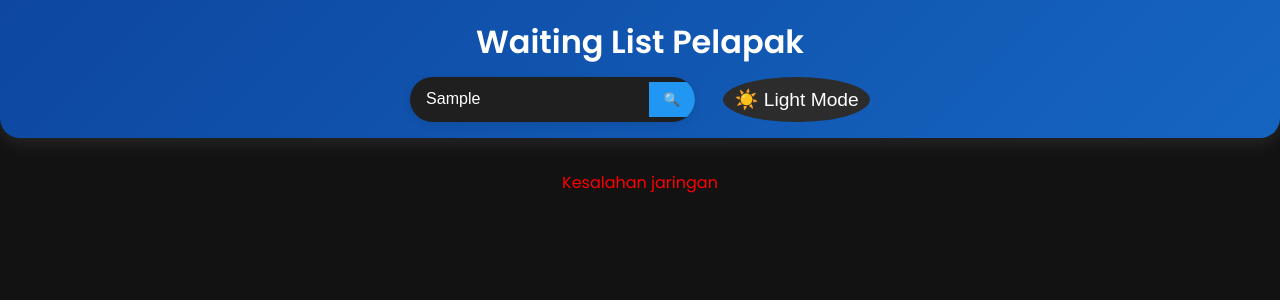
Repository: pasarrakyatbak/WaitingListforPanitia
Page: index.html
An editor plug-in stored every save of this project. The page is shown before and after the next save, followed by the edit.
The browser window is 1280 px wide. The pictures show the whole page.
Empty fields were first filled with sample values (such as "Sample", 5 or name@example.com).
After loading, the first visible `#darkSwitch` was clicked once.
The page's requests for data from a server got no answer.

Above is the page before, as saved 2025-09-25 16:43:27.

After the next save:
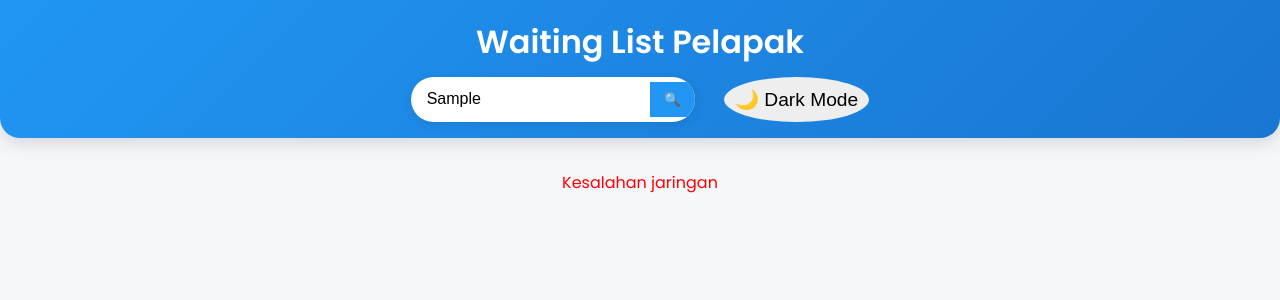
Saved 11 s later.
--- a/script.js
+++ b/script.js
@@ -240,6 +240,13 @@
     localStorage.setItem("darkMode", isDark);
     darkSwitch.textContent = isDark ? "☀️ Light Mode" : "🌙 Dark Mode";
 });
+// Dark mode
+if (localStorage.getItem("darkMode") === "true") document.body.classList.add("dark");
+darkSwitch.addEventListener("click", () => {
+    const isDark = document.body.classList.toggle("dark");
+    localStorage.setItem("darkMode", isDark);
+    darkSwitch.textContent = isDark ? "☀️ Light Mode" : "🌙 Dark Mode";
+});
 
 // Load awal
 window.addEventListener("DOMContentLoaded", () => loadData());

After the save that followed:
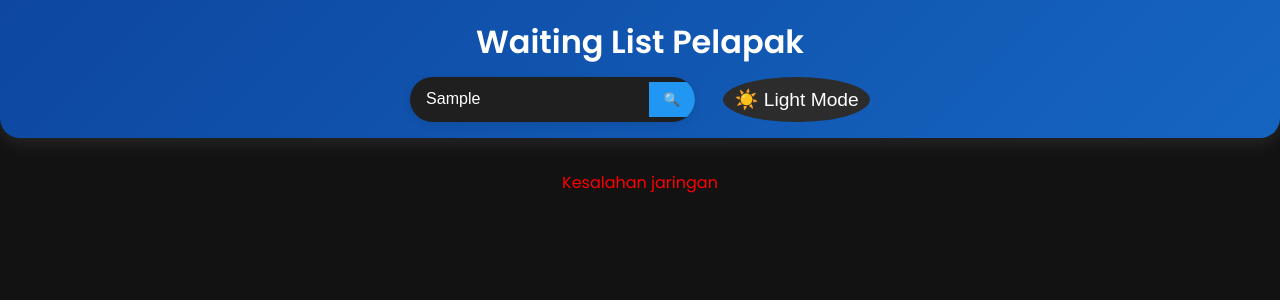
Saved 9 s later.
--- a/script.js
+++ b/script.js
@@ -240,13 +240,6 @@
     localStorage.setItem("darkMode", isDark);
     darkSwitch.textContent = isDark ? "☀️ Light Mode" : "🌙 Dark Mode";
 });
-// Dark mode
-if (localStorage.getItem("darkMode") === "true") document.body.classList.add("dark");
-darkSwitch.addEventListener("click", () => {
-    const isDark = document.body.classList.toggle("dark");
-    localStorage.setItem("darkMode", isDark);
-    darkSwitch.textContent = isDark ? "☀️ Light Mode" : "🌙 Dark Mode";
-});
 
 // Load awal
 window.addEventListener("DOMContentLoaded", () => loadData());
